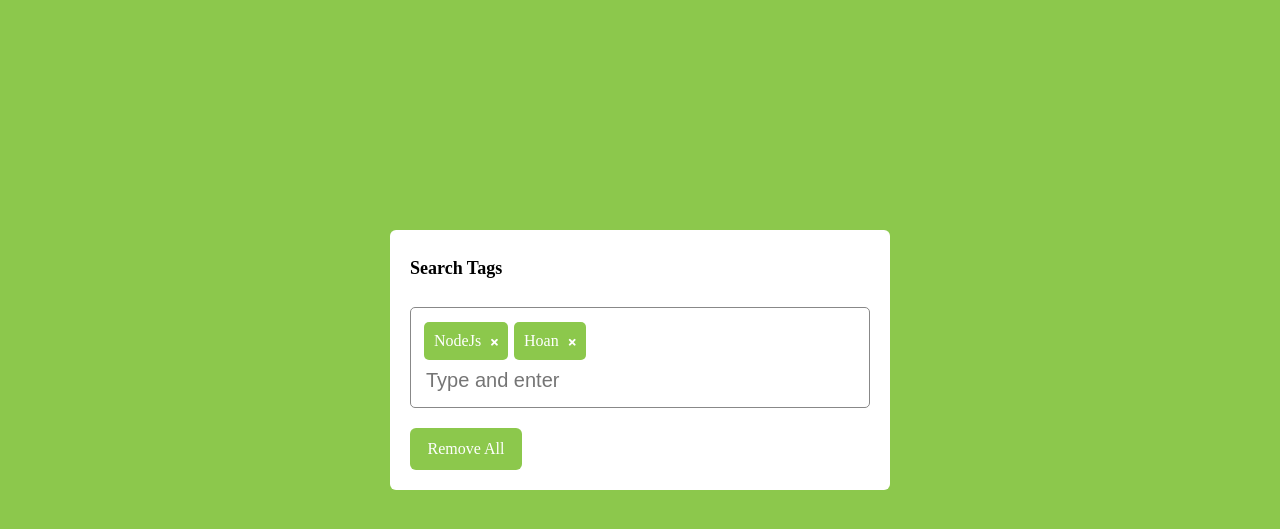
Repository: HoanTiny/30projects-30day
Page: Day 7/index.html
The author's editor kept a copy of each file at every save. The page is drawn from the files as they stood at one save, then again after the next save.
The browser window is 1280 px wide. The pictures show the whole page.
Some web libraries are served in a nearby version.

Above is the page before, as saved 2021-12-04 15:18:05.

### Day 7/index.html
<!DOCTYPE html>
<html lang="en">
    <head>
        <meta charset="UTF-8" />
        <meta http-equiv="X-UA-Compatible" content="IE=edge" />
        <meta name="viewport" content="width=device-width, initial-scale=1.0" />
        <title>Day 7 - Search tags</title>
        <link
            rel="stylesheet"
            href="https://use.fontawesome.com/releases/v5.13.0/css/all.css"
            integrity="sha384-Bfad6CLCknfcloXFOyFnlgtENryhrpZCe29RTifKEixXQZ38WheV+i/6YWSzkz3V"
            crossorigin="anonymous"
        />
        <link rel="stylesheet" href="./styles.css" />
    </head>
    <body>
        <div class="search-container">
            <h2 class="heading">Search Tags</h2>
            <ul class="search-history-tags">
                <input type="text" class="input-search" placeholder="Type and enter" />
            </ul>
            <div class="btn-remove">Remove All</div>
        </div>
        <script src="./app.js"></script>
    </body>
</html>

### Day 7/styles.css
* {
    margin: 0 auto;
    box-sizing: border-box;
}

body {
    height: 100vh;
    width: 100%;
    background-color: #8cc84c;
    display: flex;
    align-items: center;
    justify-content: center;
}

.search-container {
    background-color: #fff;
    width: 500px;
    padding: 20px;
    border-radius: 6px;
}

.heading {
    font-size: 18px;
    padding: 8px 0;
}

.search-history-tags {
    display: flex;
    flex-wrap: wrap;
    padding: 10px;
    margin: 20px 0;
    border-radius: 5px;
    border: 1px solid #888;
}

.tags {
    color: #333;
    margin: 4px 3px;
    list-style: none;
    border-radius: 5px;
    background: #8cc84c;
    padding: 10px;
    color: white;
}

.tags i {
    color: #fff;
    cursor: pointer;
    margin-left: 6px;
    font-size: 10px;
}
.input-search {
    flex: 1;
    padding: 5px;
    border: none;
    outline: none;
    font-size: 20px;
}

.btn-remove {
    background-color: #8cc84c;
    width: 112px;
    text-align: center;
    border-radius: 6px;
    padding: 12px 0;
    color: #fff;
    margin: 0;
    cursor: pointer;
}

### Day 7/app.js
var $ = document.querySelector.bind(document);
var $$ = document.querySelectorAll.bind(document);

const btnRemove = $(".btn-remove");
const input = $(".input-search");
const searchMain = $(".search-history-tags");

var searchTags = ["NodeJs", "Hoan"];
createTags();
const iconCloses = $$(".icon-closes");
console.log(iconCloses);
function createTags() {
    searchMain.innerHTML = "";
    searchTags.map((tag, index) => {
        let liTag = `
        <li class="tags">
            <span>${tag}</span>
            <i class="fas fa-times icon-closes"></i>
        </li>
            `;
        // liTag
        searchMain.innerHTML += liTag;
    });
    searchMain.appendChild(input);
    input.focus();
}

function removeTags() {
    iconCloses.forEach((icon, index) => {
        icon.addEventListener("click", () => {
            console.log("hihi");
            searchTags.splice(index, 1);
        });
        createTags();
    });
}
removeTags();

input.onkeydown = function (event) {
    if (event.key === "Enter") {
        searchTags.push(input.value);
        createTags();
        input.value = "";
    }
};

btnRemove.addEventListener("click", function () {
    searchTags = [];
    createTags();
});

After the next save:
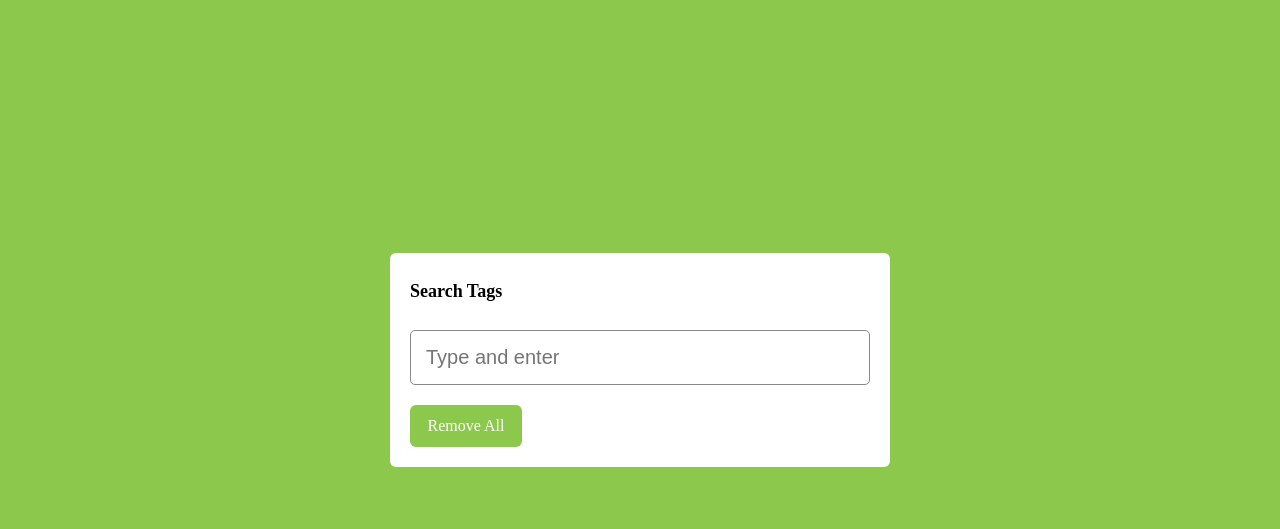
Console error: SyntaxError: Unexpected token '.'
Saved 61 s later.
--- a/Day 7/app.js
+++ b/Day 7/app.js
@@ -9,6 +9,11 @@
 createTags();
 const iconCloses = $$(".icon-closes");
 console.log(iconCloses);
+iconCloses.forEach(function(icon) {
+    icon.addEventListener("click", function (
+        console.log("hihi")
+    ))
+})
 function createTags() {
     searchMain.innerHTML = "";
     searchTags.map((tag, index) => {

After the save that followed:
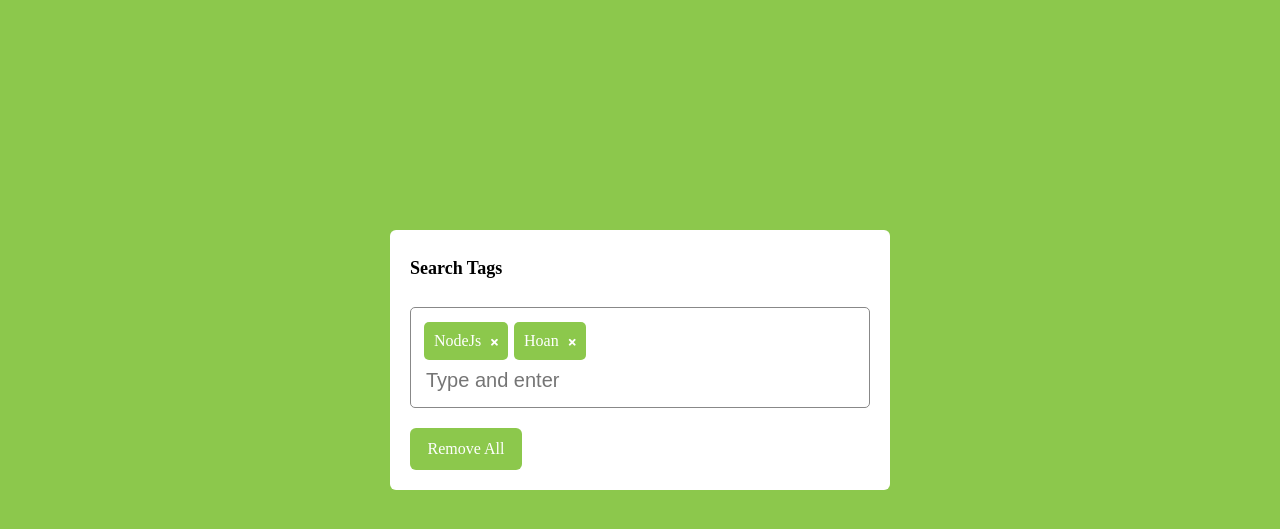
The error is gone.
Saved 34 s later.
--- a/Day 7/app.js
+++ b/Day 7/app.js
@@ -9,11 +9,11 @@
 createTags();
 const iconCloses = $$(".icon-closes");
 console.log(iconCloses);
-iconCloses.forEach(function(icon) {
-    icon.addEventListener("click", function (
-        console.log("hihi")
-    ))
-})
+iconCloses.forEach(function (icon) {
+    icon.addEventListener("click", function () {
+        console.log("hihi");
+    });
+});
 function createTags() {
     searchMain.innerHTML = "";
     searchTags.map((tag, index) => {
